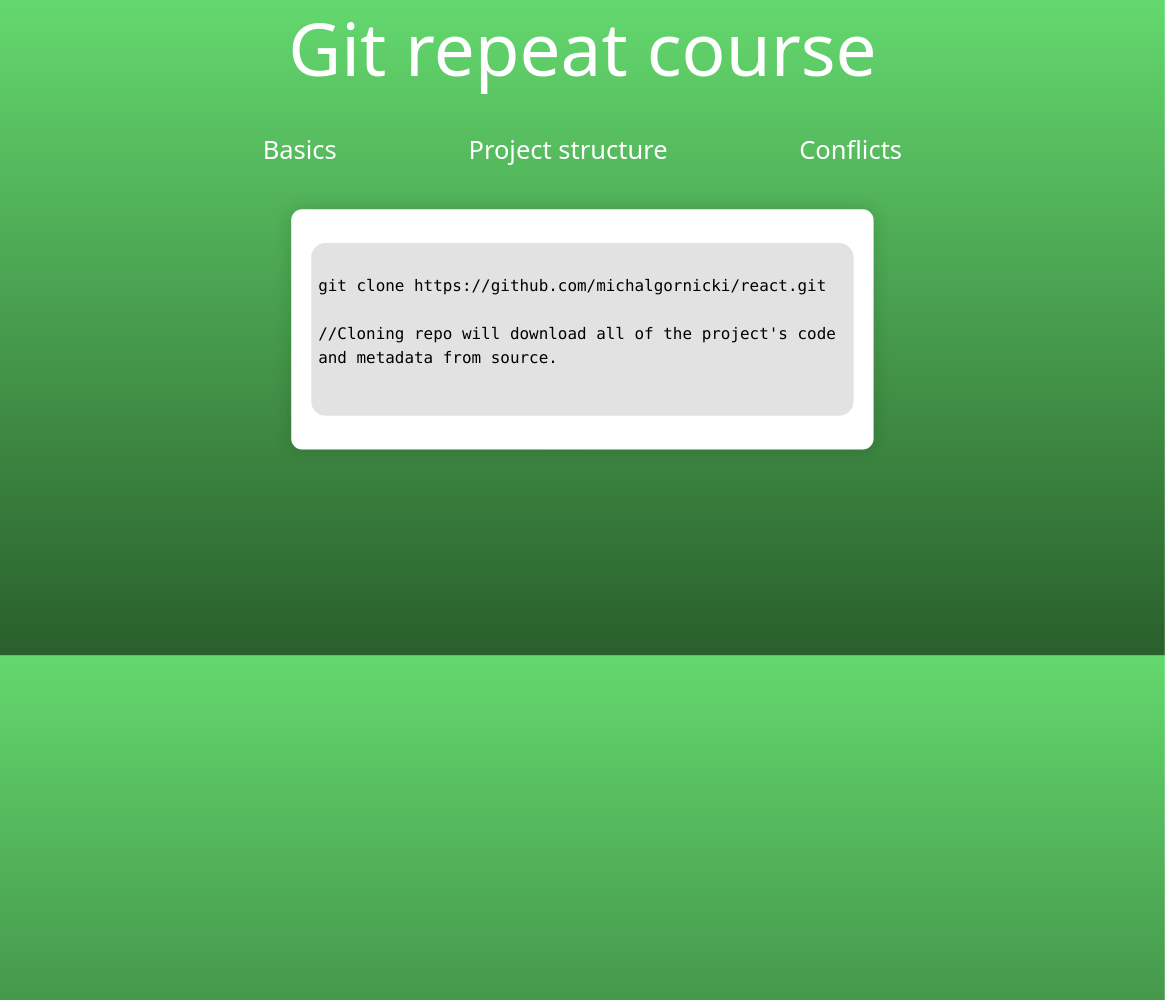
Repository: michalgornicki/git
Page: /#/Conflicts
These files come from the project's save history. The page is drawn as it stood at one moment and after the next save; the edit follows.
The browser window is 1280 px wide. The pictures show the whole page, at 91% of full size.
Backgrounds fixed to the window are drawn as part of the page. The project was rebuilt for these pictures with package versions that can differ from the ones it lists, and the page was loaded fresh each time. Also part of the build but not shown: src/components/basics.jsx, src/components/structure.jsx.

Above is the page before, as saved 2022-02-10 13:33:08.

### src/App.jsx
import React from "react";
import "./App.css";
import "bootstrap/dist/css/bootstrap.min.css";
import { Route, HashRouter as Router, Routes, Link } from "react-router-dom";
import Basics from "./components/basics.jsx"
import Structure from "./components/structure.jsx"
import Conflicts from "./components/conflicts.jsx"

function App() {


  return (


    <Router>
    <div className="text-center">
      <div className="display-1 mt-1 mb-5 text-white">Git repeat course</div>

      <div className="h3 d-flex w-75 m-auto my-5 justify-content-evenly flex-wrap text-white">

      <Link className="link-style mx-3" to="/Basics">Basics</Link>
      <Link className="link-style mx-3" to="/Structure">Project structure</Link>
      <Link className="link-style mx-3" to="/Conflicts">Conflicts</Link>


      </div>

      <Routes>
          <Route path="/Basics" element={<Basics />} />
          <Route path="/Structure" element={<Structure />} />
          <Route path="/Conflicts" element={<Conflicts />} />
        </Routes>


    </div>
    </Router>
  );
}

export default App;

### src/App.css
@import url('https://fonts.googleapis.com/css2?family=Catamaran:wght@400&display=swap');

body{
    font-family: 'Catamaran', sans-serif;
    overflow-x: hidden;
    padding-bottom: 80vh;
    height: auto;
    background: linear-gradient(rgb(100, 216, 110), rgb(41, 95, 43));
    background-attachment: fixed;
}

.js-item{
    color:rgb(0, 0, 0);
    font-size: 1.25rem;
    background-color: rgb(255, 255, 255);
    transition: 0.2s;
    padding: 3vh;
    margin-bottom: 4vh!important;
    width: 50%;
    margin-left: auto;
    margin-right: auto;
    box-shadow: 0px 0px 20px rgba(0, 0, 0, 0.15);
    border-radius: 0.75rem;
}

.text-pink{
    padding: 0.5rem;
    margin-top: 1rem;
    margin-bottom: 1rem;
    color:rgb(0, 0, 0)!important;
    font-size: 1.25rem;
    border-radius: 1rem;
    text-align: left;
    background-color: rgb(226, 226, 226);
}

pre {
    white-space: pre-wrap;       /* css-3 */
    white-space: -moz-pre-wrap;  /* Mozilla, since 1999 */
    white-space: -pre-wrap;      /* Opera 4-6 */
    white-space: -o-pre-wrap;    /* Opera 7 */
    word-wrap: break-word;       /* Internet Explorer 5.5+ */
   }

.link-style{
    color: inherit;
    text-decoration: inherit;
}

.link-style:hover{
    color: rgb(255, 138, 84);
}

@media only screen and (max-device-width: 600px), (max-width: 600px) {

    .js-item{
        width: 95%;
    }

}

### src/components/conflicts.jsx
const DOM = () => {
  document.addEventListener("DOMContentLoaded", function () {

    console.log(document.getElementsByClassName("body")[0].getBoundingClientRect())
  });

  return (
    <div className="body">
            <div className="js-item">
        {" "}
        <div className=""> </div>
        <div className="text-pink">
          <pre>{`
git clone https://github.com/michalgornicki/react.git

//Cloning repo will download all of the project's code and metadata from source.
          `}</pre>
        </div>
      </div>
    </div>
  );
};

export default DOM;

Loaded but not shown: public/index.html (common file); src/index.js (common file); src/index.css (common file); src/reportWebVitals.js (common file)

After the next save:
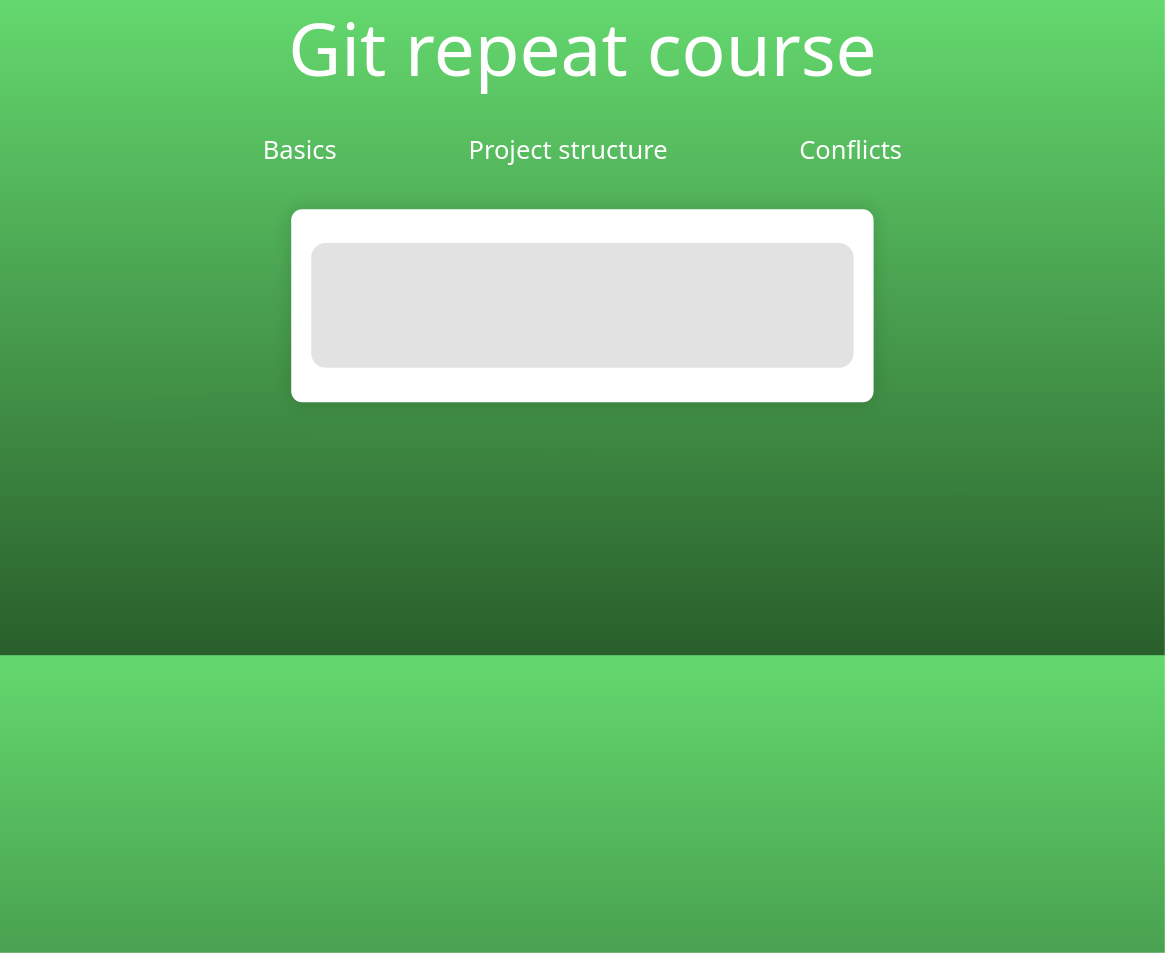
Saved 5 s later.
--- a/src/components/conflicts.jsx
+++ b/src/components/conflicts.jsx
@@ -11,9 +11,8 @@ const DOM = () => {
         <div className=""> </div>
         <div className="text-pink">
           <pre>{`
-git clone https://github.com/michalgornicki/react.git
 
-//Cloning repo will download all of the project's code and metadata from source.
+
           `}</pre>
         </div>
       </div>
